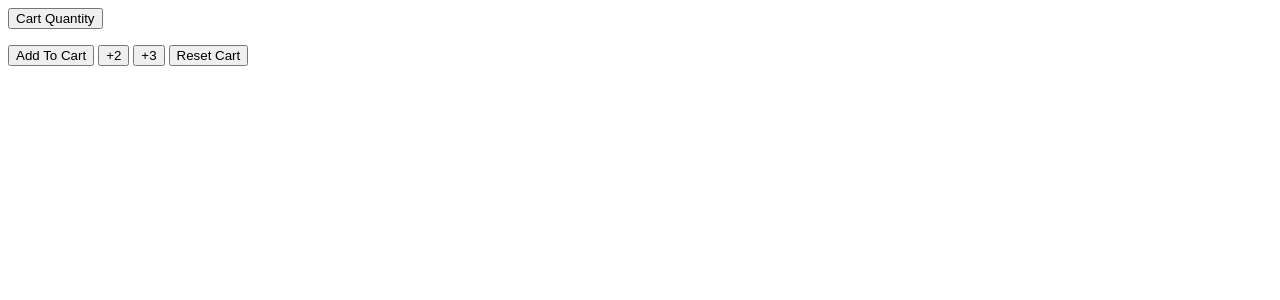
Repository: EguJaredoBoyd/Jared-Learning-Projects
Page: javascript-tutorial.html
An editor plug-in stored every save of this project. The page is shown before and after the next save, followed by the edit.
The browser window is 1280 px wide. The pictures show the whole page.

Above is the page before, as saved 2025-06-26 22:51:32.

### javascript-tutorial.html
<!DOCTYPE html>
<html lang="en">
<head>
    <meta charset="UTF-8">
    <meta name="viewport" content="width=device-width, initial-scale=1.0">
    <title>Document</title>
    <script src="javacript-tutorial.js" defer></script>
</head>
<body>
    <button onclick="document.getElementById('cart-quantity').innerHTML = cartQuantity;">Cart Quantity</button>
    <p id="cart-quantity"></p>
    <button onclick="cartQuantity = cartQuantity + 1;
    console.log(cartQuantity)">Add To Cart</button>
    <button>+2</button>
    <button>+3</button>
    <button>Reset Cart</button>
</body>
</html>

### javacript-tutorial.js
let cartQuantity = 0;

After the next save:
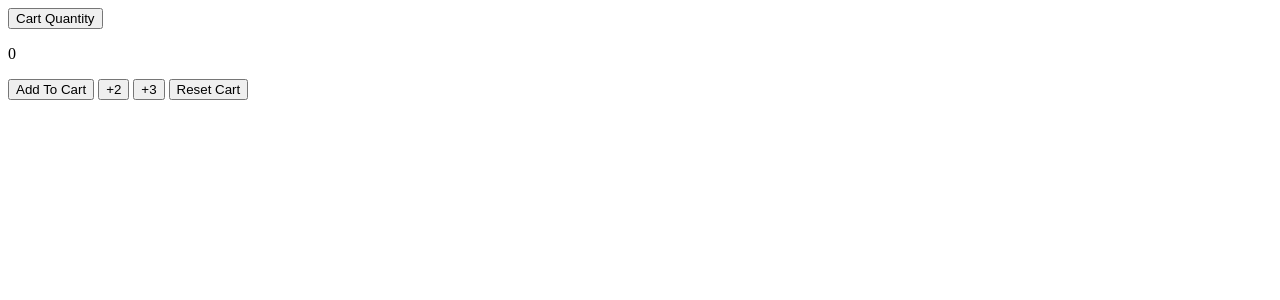
Saved 92 s later.
--- a/javacript-tutorial.js
+++ b/javacript-tutorial.js
@@ -1 +1,2 @@
 let cartQuantity = 0;
+const cartDisplay = document.getElementById('cart-quantity').innerHTML = cartQuantity;

After the 3 saves that followed:
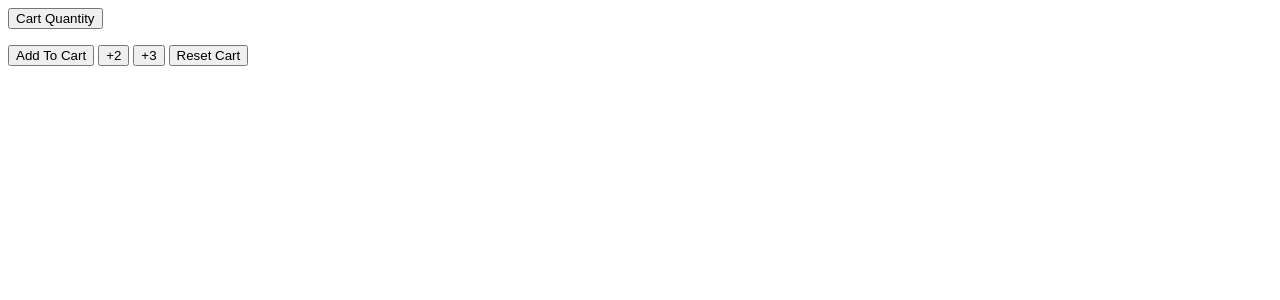
The 3 saves are shown as one change because 2 left the picture as it was.
The last was saved 6 min 4 s later.
--- a/javascript-tutorial.html
+++ b/javascript-tutorial.html
@@ -7,7 +7,7 @@
     <script src="javacript-tutorial.js" defer></script>
 </head>
 <body>
-    <button onclick="document.getElementById('cart-quantity').innerHTML = cartQuantity;">Cart Quantity</button>
+    <button onclick="cartDisplay">Cart Quantity</button>
     <p id="cart-quantity"></p>
     <button onclick="cartQuantity = cartQuantity + 1;
     console.log(cartQuantity)">Add To Cart</button>
--- a/javacript-tutorial.js
+++ b/javacript-tutorial.js
@@ -1,2 +1,7 @@
 let cartQuantity = 0;
-const cartDisplay = document.getElementById('cart-quantity').innerHTML = cartQuantity;
+function cartDisplay(){
+    document.getElementById('cart-quantity').innerHTML = cartQuantity;
+
+
+
+}
